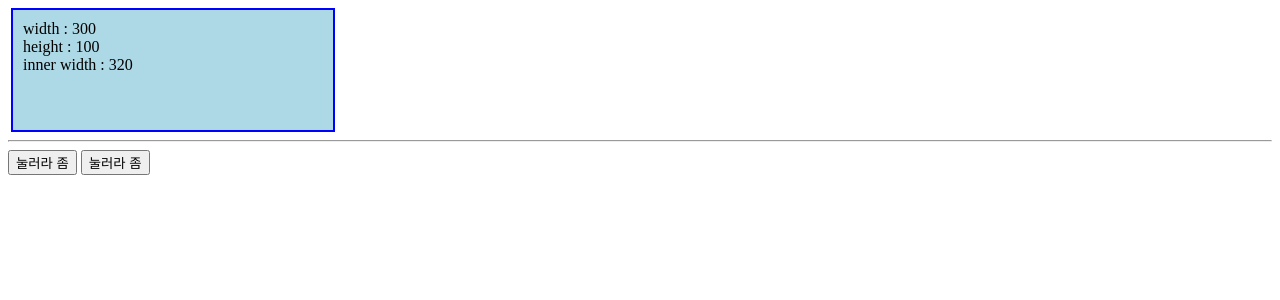
Repository: tjdwlsl/jspstudy
Page: http://localhost/JQuery_Ajax/jquery/ex14_width_height.jsp
The author's editor kept a copy of each file at every save. The page is drawn from the files as they stood at one save, then again after the next save.
The browser window is 1280 px wide. The pictures show the whole page.
After loading, the first visible `#btn1` was clicked once.
The page is served by Tomcat 9.

Above is the page before, as saved 2023-07-19 08:15:36.

After the next save:
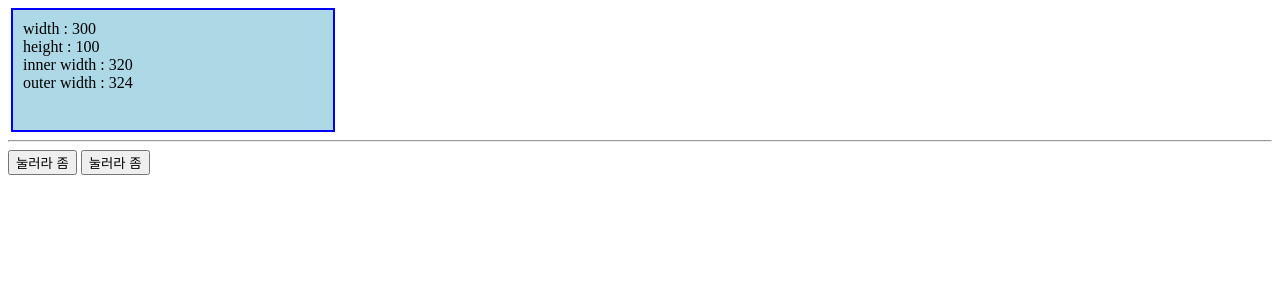
Saved 24 s later.
--- a/JQuery_Ajax/src/main/webapp/jquery/ex14_width_height.jsp
+++ b/JQuery_Ajax/src/main/webapp/jquery/ex14_width_height.jsp
@@ -23,6 +23,7 @@
 		var txt = "width : " + $("#mydiv").width()+"<br>";
 		txt += "height : " + $("#mydiv").height()+"<br>";
 		txt += "inner width : " + $("#mydiv").innerWidth()+"<br>";
+		txt += "outer width : " + $("#mydiv").outerWidth()+"<br>";
 		$("#mydiv").append(txt);
 	});
 });
